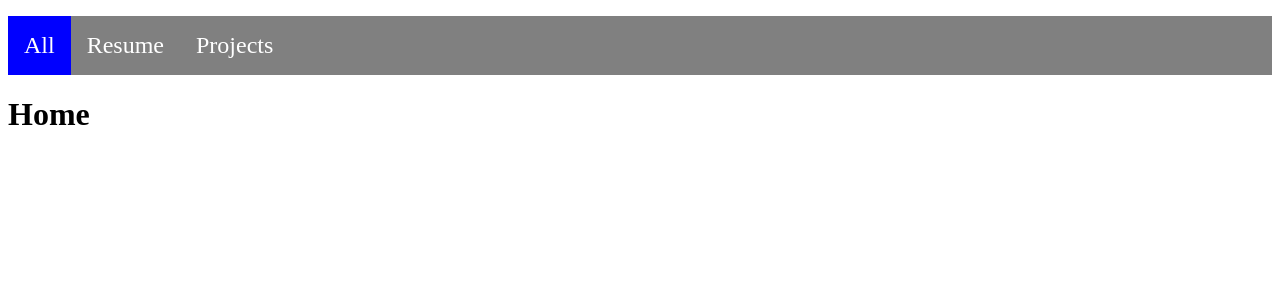
Repository: ChristianCain/ChristianCain.github.io
Page: index.html
The author's editor kept a record of every edit. The page is drawn from the files as they stood at one moment, then again after the next edit.
The browser window is 1280 px wide. The pictures show the whole page.

Above is the page before.

### index.html
<!DOCTYPE html>
<html>
    <head>

        <title>All</title>

        <link rel="stylesheet" type="text/css" href="style.css">

    </head>
    <body>
        <ul class="navbar">
            <li class="active"><a href="index.html">All</a></li>
            <li><a href="resume.html">Resume</a></li>
            <li class = "dropdown"</li>
                <div>Projects</div>
                <ul class="dropdown-content">
                    <li><a href="#">Project 1</a></li>
                    <li><a href="#">Project 2</a></li>
                    <li><a href="#">Project 3</a></li>

                </ul>


        </ul>

        <h1>Home</h1>


    </body>
</html>

### style.css



            .navbar{
            list-style: none;
            background-color: gray;
            overflow: hidden;
            padding: 0;
            }


            .navbar a, .dropdown div{
                text-decoration: none;
                color: white;
                font-size: 24px;
                padding: 16px;
                display: inline-block;

            }

            .navbar li{
                float: left;
            }

            .navbar li:hover{
                background-color:pink;
            }

            .dropdown-content{
                list-style: none;
                padding: 0;
                display: none;
                position: absolute;
                z-index: 1;
                background-color: black;

            }

            .dropdown-content li{
                float: none;
            }

            .dropdown:hover .dropdown-content{
                display: block;
            }

            .active{
                background-color: blue;
            }

            .fontnone{
                font-style: none;
            }

            .spacing{
                padding: 0px;
            }

After the next edit:
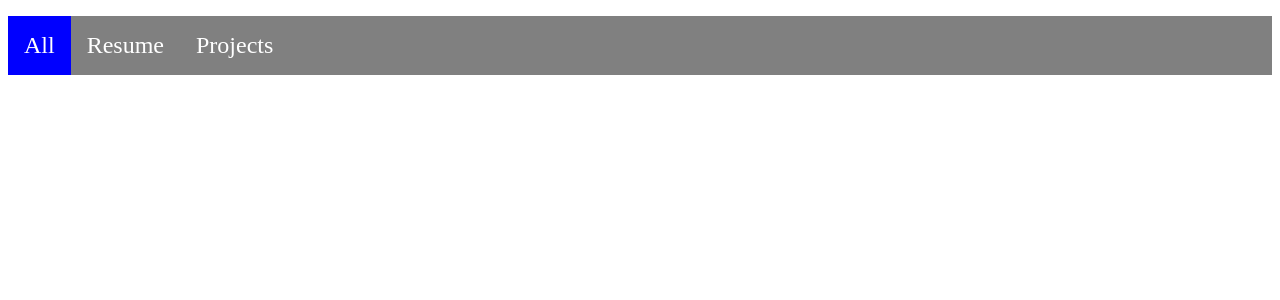
The edit:
--- a/index.html
+++ b/index.html
@@ -23,7 +23,7 @@
 
         </ul>
 
-        <h1>Home</h1>
+        <h1></h1>
 
 
     </body>
